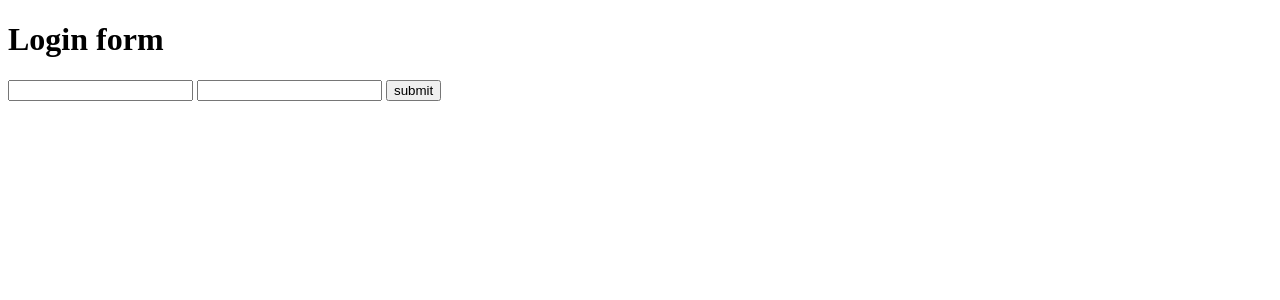
Repository: swapna2021/EmpSagilityRepo
Page: http://localhost/BootProject/login.jsp
These files come from the project's save history. The page is drawn as it stood at one moment and after the next save; the edit follows.
The browser window is 1280 px wide. The pictures show the whole page.
The page is served by Tomcat 10. Other server files are loaded and not shown.

Above is the page before, as saved 2024-06-24 09:48:17.

### BootProject/src/main/webapp/login.jsp
<%@ page language="java" contentType="text/html; charset=UTF-8"
    pageEncoding="UTF-8"%>
    <%@ taglib prefix="form" uri="http://www.springframework.org/tags/form"%>


<!DOCTYPE html>
<html>
<head>
<meta charset="UTF-8">
<title>Insert title here</title>
</head>
<body>
	<h1>Login form</h1>
	<form action="add" >
	<input type="text" name="uname">
	<input type="password" name="pwd">
	<input type="submit" value="submit">
	</form>
</body>
</html>

After the next save:
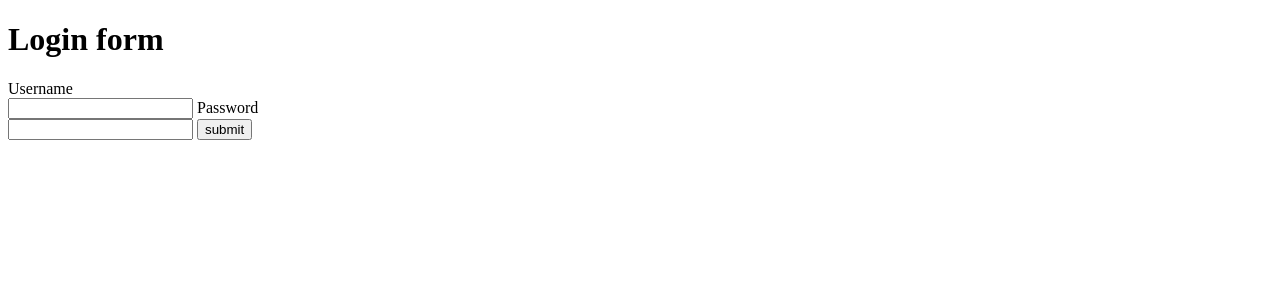
Saved 2 min 38 s later.
--- a/BootProject/src/main/webapp/login.jsp
+++ b/BootProject/src/main/webapp/login.jsp
@@ -12,7 +12,9 @@
 <body>
 	<h1>Login form</h1>
 	<form action="add" >
+	<label for="uname">Username</label><br>
 	<input type="text" name="uname">
+	<label for="pwd">Password</label><br>
 	<input type="password" name="pwd">
 	<input type="submit" value="submit">
 	</form>
